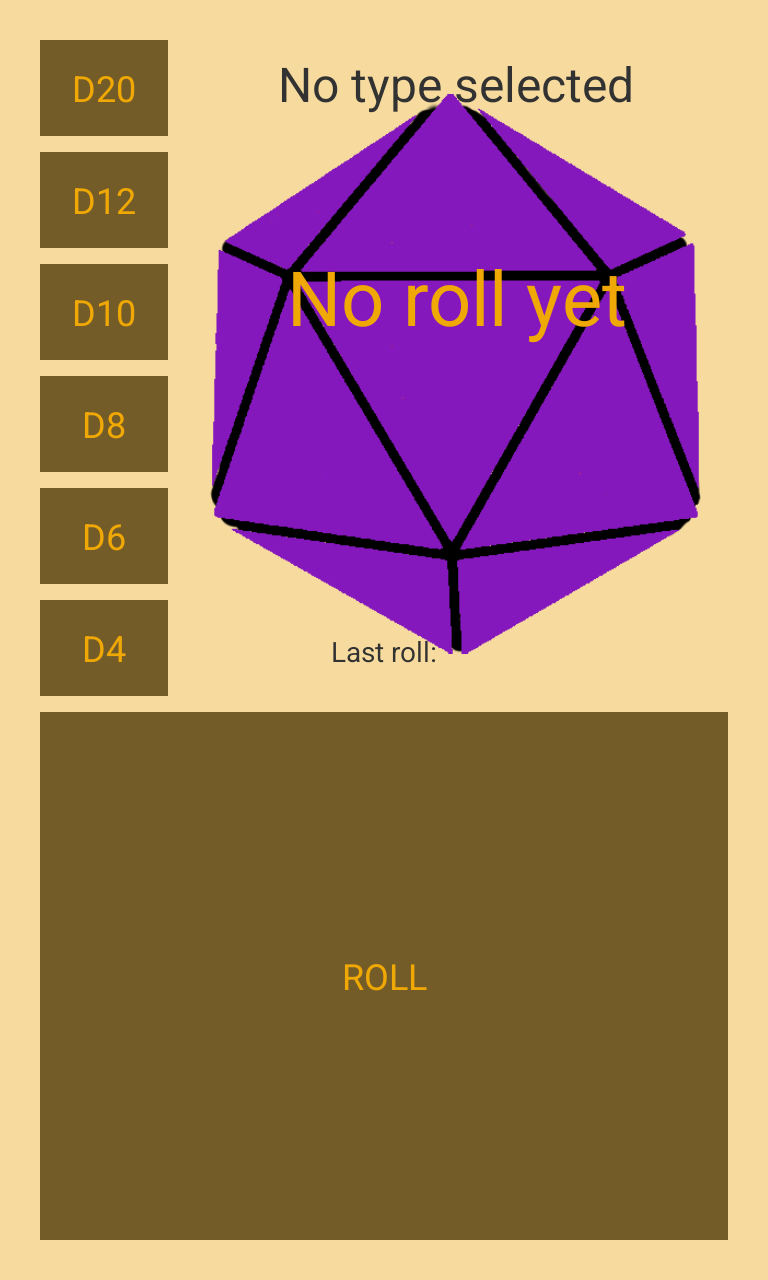
Repository: Bjodol/Roller
Layout: Roller3/res/layout/activity_main.xml
An editor plug-in stored every save of this project. The layout is shown before and after the next save, followed by the edit.
It is drawn on a 768 x 1280 px phone screen (xhdpi) without system bars, with theme AppTheme; the app's code is not run. The app's manifest (not shown) leaves right-to-left support off. So textAlignment, textDirection and layoutDirection are ignored, and left and right values win over start and end ones.

Above is the layout before, as saved 2013-08-31 09:56:00.

After the next save:
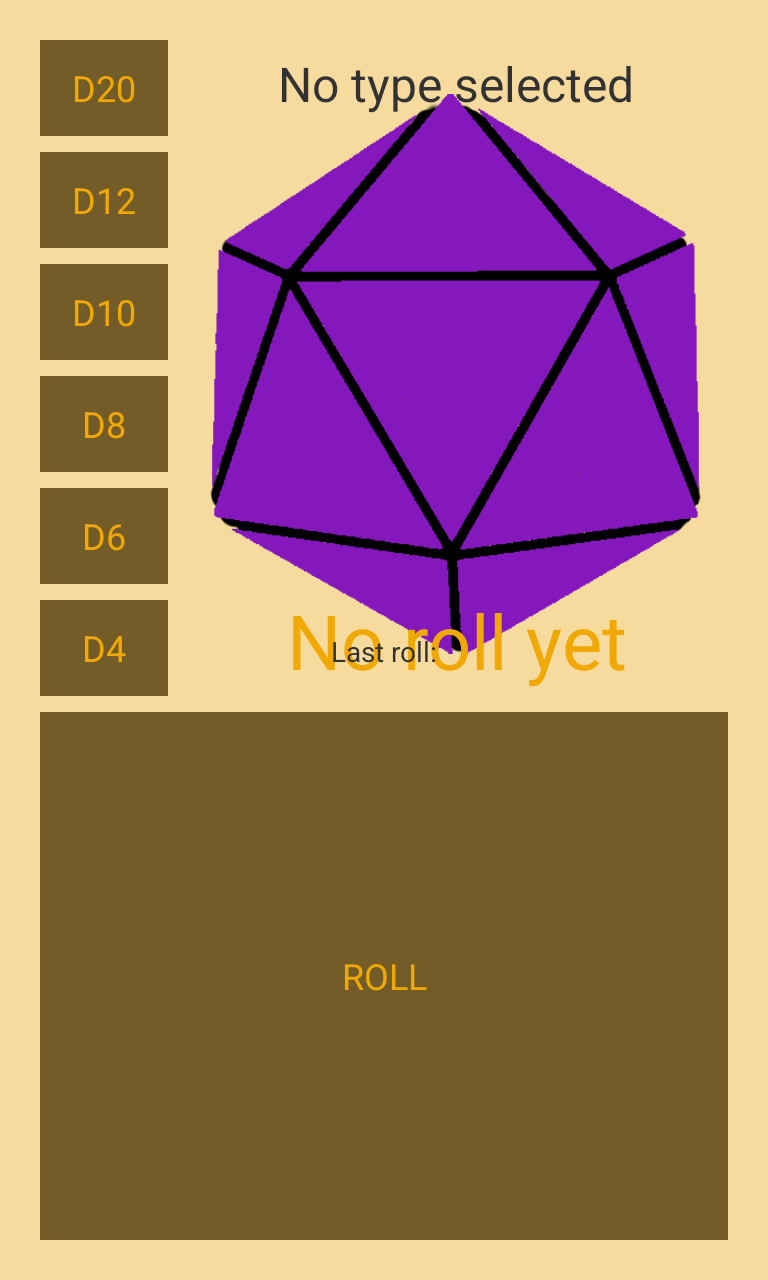
Saved 35 s later.
--- a/Roller3/res/layout/activity_main.xml
+++ b/Roller3/res/layout/activity_main.xml
@@ -119,7 +119,7 @@
         android:layout_height="wrap_content"
         android:gravity="center"
         android:layout_toRightOf="@id/d8"
-        android:layout_alignBaseline="@id/d10"
+        android:layout_centerVertical="true"
         android:layout_alignParentRight="true"
         android:text="@string/noRolls"
         android:textAlignment="center"
